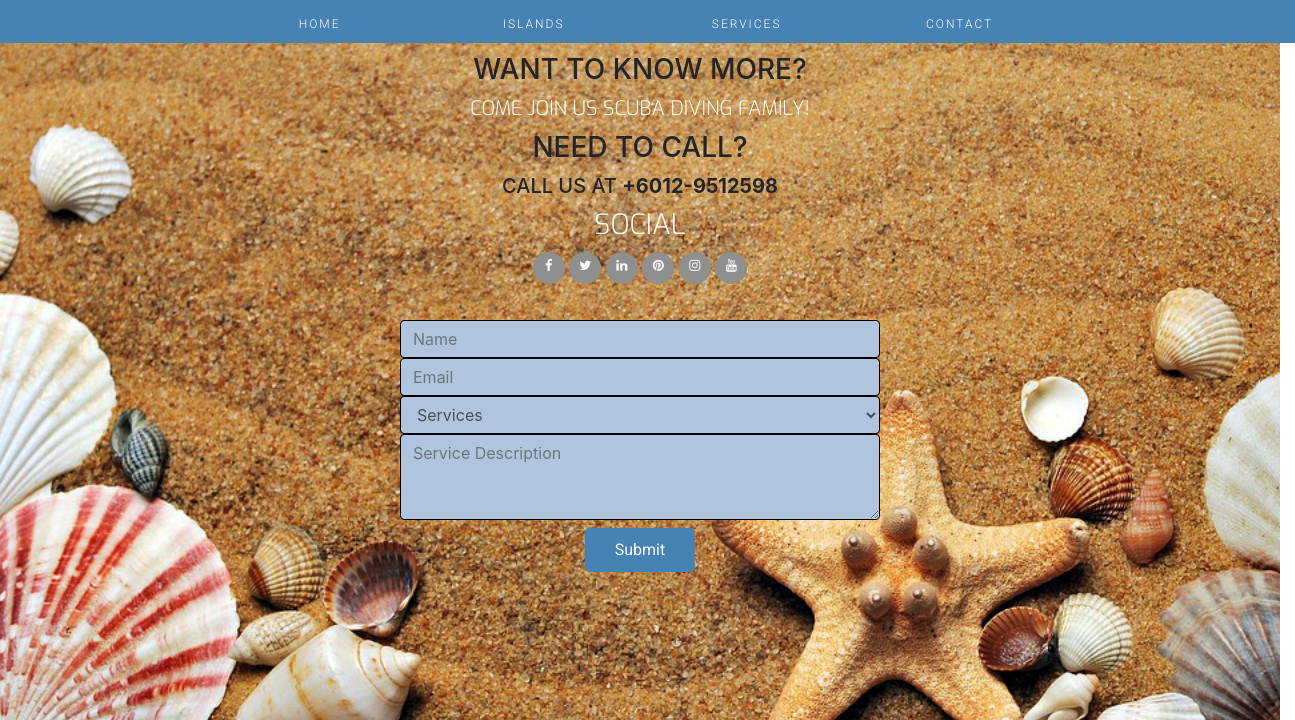
Repository: Code-Institute-Submissions/cathyann-diving.github.io
Page: contact.html
The author's editor kept a record of every edit. The page is drawn from the files as they stood at one moment, then again after the next edit.
The browser window is 1280 px wide. The page is 1295 px wide, so the pictures cover 1295 px, including what lies to the right of the window. The pictures show the whole page.

Above is the page before.

After the next edit:
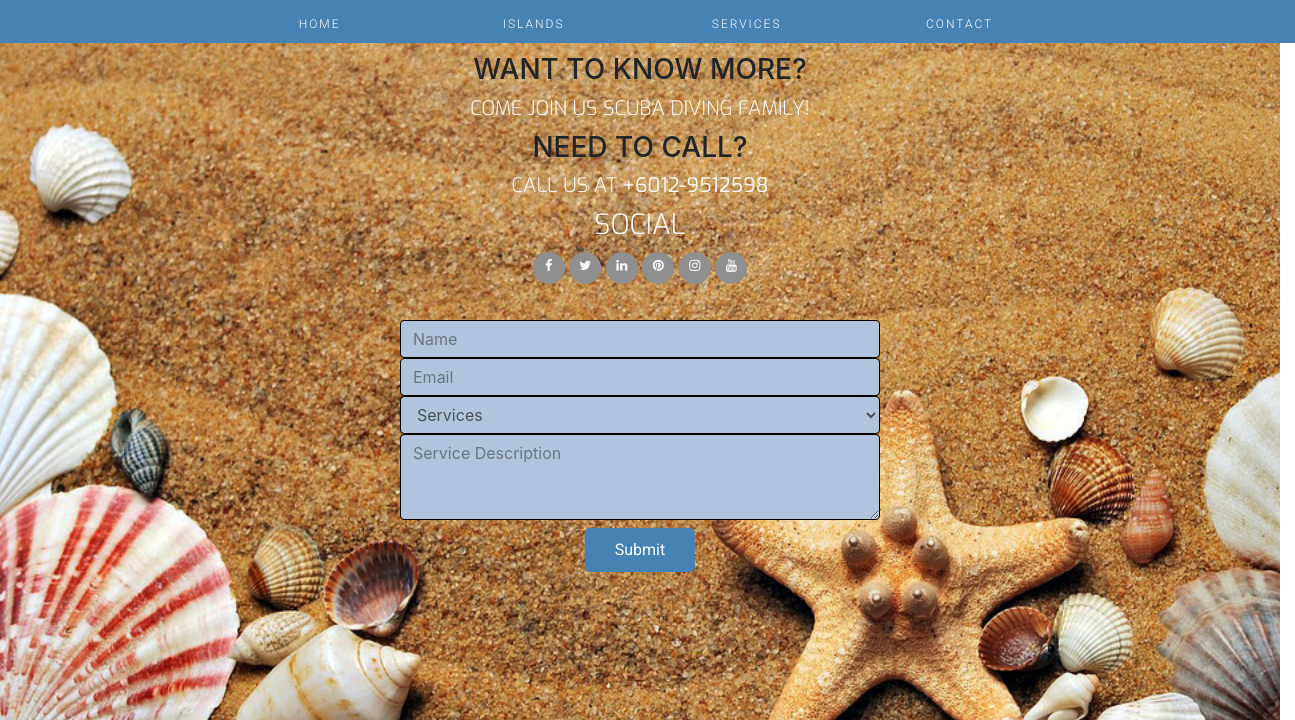
The edit:
--- a/contact.html
+++ b/contact.html
@@ -41,7 +41,7 @@
                 <h3 class="uppercase text-center">Want to know more?</h3>
                 <h5 class="contact-heading uppercase text-center">Come join us Scuba diving family!</h5>
                 <h3 class="uppercase text-center">Need to call?</h3>
-                <h5 class="uppercase text-center">Call us at <b>+6012-9512598</b></h5>
+                <h5 class="contact-heading uppercase text-center">Call us at <b>+6012-9512598</b></h5>
 
 
                 <h3 class="contact-heading uppercase text-center">Social</h3>
